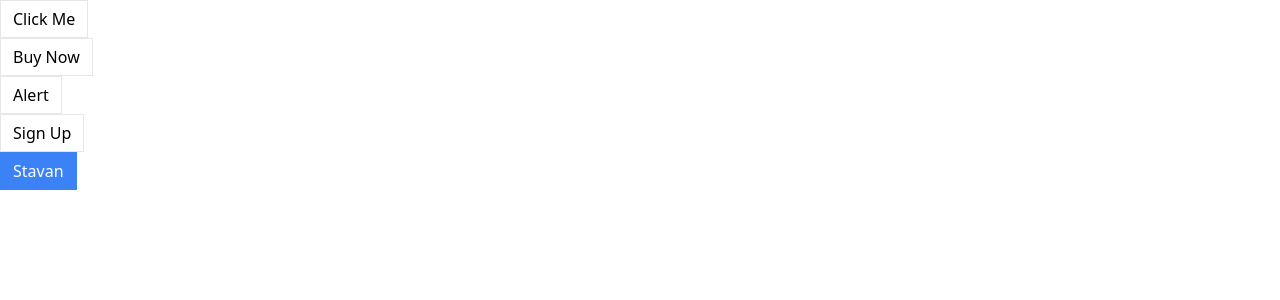
Repository: stavan30/components
Page: /
The author's editor kept a copy of each file at every save. The page is drawn from the files as they stood at one save, then again after the next save.
The browser window is 1280 px wide. The pictures show the whole page.
The project was rebuilt for these pictures with package versions that can differ from the ones it lists, and the page was loaded fresh each time.

Above is the page before, as saved 2024-03-12 00:27:56.

After the next save:
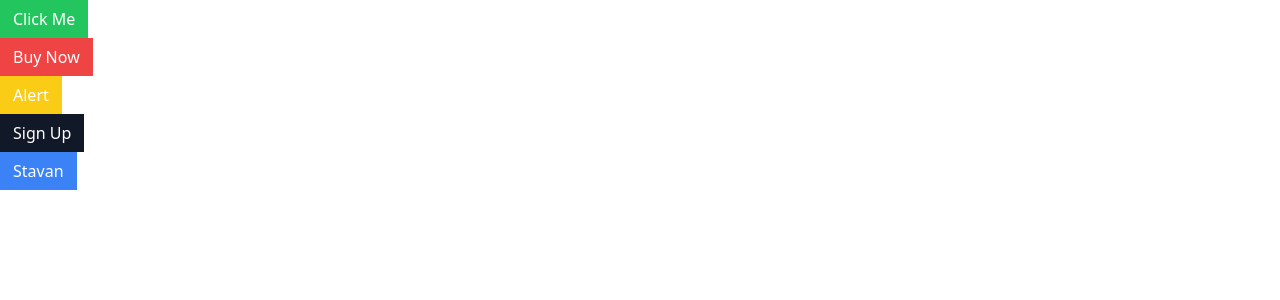
Saved 2 min 6 s later.
--- a/src/App.js
+++ b/src/App.js
@@ -6,19 +6,19 @@ const App = () => {
   return (
     <div>
         <div>
-            <Button>Click Me</Button>
+            <Button success rounded outline>Click Me</Button>
         </div>
         <div>
-            <Button>Buy Now</Button>
+            <Button danger outline>Buy Now</Button>
         </div>
         <div>
-            <Button>Alert</Button>
+            <Button warning>Alert</Button>
         </div>
         <div>
-            <Button>Sign Up</Button>
+            <Button secondary outline>Sign Up</Button>
         </div>
         <div>
-            <Button primary>Stavan</Button>
+            <Button primary rounded>Stavan</Button>
         </div>
     </div>
   )
